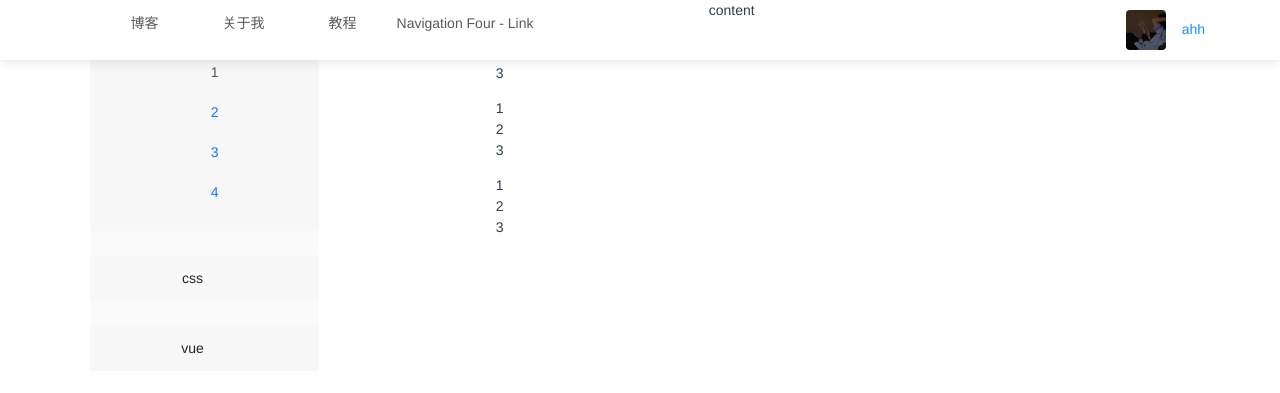
Repository: GitDjAr/blog
Page: /notes (app in myblog/)
An editor plug-in stored every save of this project. The page is shown before and after the next save, followed by the edit.
The browser window is 1280 px wide. The pictures show the whole page.
The project was rebuilt for these pictures with package versions that can differ from the ones it lists, and the page was loaded fresh each time. Also part of the build but not shown: myblog/webpack.config.js. Imported but missing from the stored project, and not drawn on this page: myblog/src/store/getters, myblog/src/views/about/about.

Above is the page before, as saved 2020-12-27 19:53:40.

### myblog/src/main.js
import Vue from 'vue'
import App from './App.vue'
import router from './router/index'
import store from './store/index'
import 'ant-design-vue/dist/antd.css'; // or 'ant-design-vue/dist/antd.less'


import Antd from 'ant-design-vue';
Vue.use(Antd);
new Vue({
  el: '#app',
  router,
  store,
  render: h => h(App)
})

### myblog/src/App.vue
<template>
  <div id="app">
    <headers></headers>
    <div class="conten">
      <router-view/>
    </div>
  </div>
</template>

<script>
import headers from 'v/header/header'
export default {
  components:{
    headers,
  },
  name: 'app',
  data () {
    return {
    }
  }
}
</script>

<style lang="scss">
#app {
  font-family: 'Avenir', Helvetica, Arial, sans-serif;
  -webkit-font-smoothing: antialiased;
  -moz-osx-font-smoothing: grayscale;
  text-align: center;
  color: #2c3e50;
  .conten{
    width: 1100px;
    margin: auto;
  }
}

</style>

### myblog/src/router/index.js
import Vue from 'vue'
import Router from 'vue-router'
Vue.use(Router)

// 暴露router
const router = new Router({
  mode:'history',
  routes:[
    {
      path:'/',
      redirect:'/index',
    },
    {
      path:'/index',
      meat:{title:'hello,欢迎来到我博客',foter:false},
      name:'index',
      component:()=>import('@/views/index')
    },
    {
      path:'/about',
      meat:{title:'关于我',foter:true},
      name:'about',
      component:()=>import('@/views/about/about')
    },
    {
      path:'/notes',
      meat:{title:'笔记',foter:true},
      name:'notes',
      component:()=>import('@/views/notes/notes')
    }
  ]
})

export default router

### myblog/src/store/index.js
import Vue from 'vue'
import Vuex from 'vuex'
import {getters} from './getters'

Vue.use(Vuex)

const store = new Vuex.Store({
  state:{
    Switch_:localStorage.getItem('state')  //dattiem or nightime
  },
  modules:{
    Switch_(state,status){
      // localStorage.setItem(state) = status
    }
  },
getters
})

export default store

### myblog/src/views/header/header.vue
<!--  -->
<template>
<div class="header-x">
  <a-row align='middle' type='flex' justify='space-between'>
    <a-col
    :lg="{span:'12'}"
    span='2'
    class="ul_flat"
    >
      <a-menu v-model="current" mode="horizontal"
      @click='titleClick '>
        <a-menu-item key="index"> <a-icon type="mail" />博客</a-menu-item>
        <a-menu-item key="about"> <a-icon type="mail" />关于我</a-menu-item>
        <a-sub-menu>
          <span slot="title" class="submenu-title-wrapper"
            ><a-icon type="setting" />教程</span
          >
          <a-menu-item-group title="Item 1">
            <a-menu-item key="notes">
              笔记
            </a-menu-item>
            <a-menu-item key="setting:2">
              Option 2
            </a-menu-item>
          </a-menu-item-group>
          <a-menu-item-group title="Item 2">
            <a-menu-item key="setting:3">
              Option 3
            </a-menu-item>
            <a-menu-item key="setting:4">
              Option 4
            </a-menu-item>
          </a-menu-item-group>
        </a-sub-menu>
        <a-menu-item key="alipay">
          <a href="https://antdv.com" target="_blank" rel="noopener noreferrer"
            >Navigation Four - Link</a
          >
        </a-menu-item>
      </a-menu>
    </a-col>

    <a-col lg='6' :span="4"  >
        <a-icon type="fullscreen"
          @click="阿"
          v-if="isicon"/>
      <a-avatar shape="square" :src='userimg' :size="40" icon="user" />
      <a-button type="link">
      {{name}}
      </a-button>
    </a-col>
  </a-row>
</div>
</template>

<script>
import userimg from '@/assets/image/1.jpg'
export default {

  components: {

},
  data () {
    return {
      userimg:userimg,
      name:'ahh',
      isicon:'',
      current: ['mail'],
    };
  },

  filters: {

},

  watch: {
},

  computed: {
},

  methods: {
    titleClick (e){
      this.$router.push({
        path:e.key
      })
    },

},

  mounted(){
    window.addEventListener('resize',this.bodysize,false)
},
}

</script>
<style scoped lang='scss'>
.header-x{
  position: fixed;
  z-index: 100;
  box-shadow: 0 2px 12px 0 rgba(0, 0, 0, 0.1);
  height: 60px;
  width: 100%;
  .ant-menu-root {
    border:none
  }
  .ant-menu-horizontal{
    box-sizing: border-box;
    border:none
    .ant-menu-item{
      line-height: 60px;
      height: 60px;
    }
    height: 60px;
  }
}
</style>

### myblog/src/views/notes/notes.vue
<!--  -->
<template>
  <div>
    <a-row>
      <a-col :span='0' :lg="{span:'6'}" :xl="{span:'5'}">
        <div>
          <a-collapse default-active-key="1" :bordered="false"
          expand-icon-position='right'>
            <template #expandIcon="props">
              <a-icon type="caret-right" :rotate="props.isActive ? 90 : 0" />
            </template>
            <a-collapse-panel key="1" header="js" :style="customStyle">
              <router-link tag='div' v-for="(item, index) in 4"
              class="nav_list"
              :to="{path:'/'+`notes/${item.Classification}`,query}"
              :key="index"
              :class="isshow==index?'':'is_check'"
              >{{item}}</router-link>
            </a-collapse-panel>
            <a-collapse-panel key="2" header="css" :style="customStyle">
              <p>{{ text }}</p>
            </a-collapse-panel>
            <a-collapse-panel key="3" header="vue" :style="customStyle">
              <p>{{ text }}</p>
            </a-collapse-panel>
          </a-collapse>
        </div>
      </a-col>
      <a-col :span='24' :lg='{span:"10",offset:"1"}' :xl='{span:"16",offset:"1"}'>
        content
      </a-col>
      <a-col :span='0' :lg="{span:'6',offset:'1'}" :xl='{span:"5",offset:"1"}'>
        <div class="menu-notes">
          <ul class="menu-notes-ul" v-for="(itme, index) in 3" :key="index">
            <li class="menu-notes-li" v-for="(it2, idx2) in 3" :key="idx2">{{it2}}</li>
          </ul>
        </div>
      </a-col>
    </a-row>
  </div>
</template>

<script>
export default {
  data () {
    return {
      isshow:'0',
      text: `A dog is a type of domesticated animal.Known for its loyalty and faithfulness,it can be found as a welcome guest in many households across the world.`,
      customStyle:
        'background: #f7f7f7;border-radius: 4px;margin-bottom: 24px;border: 0;overflow: hidden',
    };
  },
  mounted(){

},

  methods: {

}
}

</script>
<style scoped lang='scss'>
.nav_list{
  margin: 5px 10px;
  width: 100%;
  height: 35px;
  line-height: 35px;
}
.nav_list:hover{
  background: rgb(242, 242, 242);
}
.is_check{
  color: rgb(15, 117, 253);
}
.menu-notes{
  .menu-notes-ul{
    list-style: none;

  }
}
</style>

After the next save:
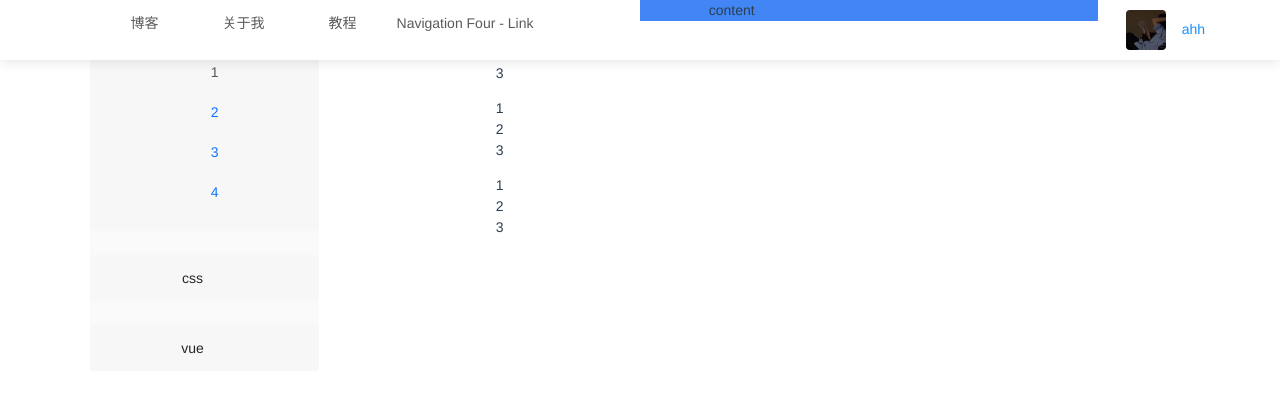
Saved 46 s later.
--- a/myblog/src/views/notes/notes.vue
+++ b/myblog/src/views/notes/notes.vue
@@ -27,7 +27,9 @@
         </div>
       </a-col>
       <a-col :span='24' :lg='{span:"10",offset:"1"}' :xl='{span:"16",offset:"1"}'>
-        content
+        <div class="notes-box">
+          content
+        </div>
       </a-col>
       <a-col :span='0' :lg="{span:'6',offset:'1'}" :xl='{span:"5",offset:"1"}'>
         <div class="menu-notes">
@@ -73,6 +75,9 @@ export default {
 .is_check{
   color: rgb(15, 117, 253);
 }
+.notes-box{
+  background: #4186f4;
+}
 .menu-notes{
   .menu-notes-ul{
     list-style: none;
